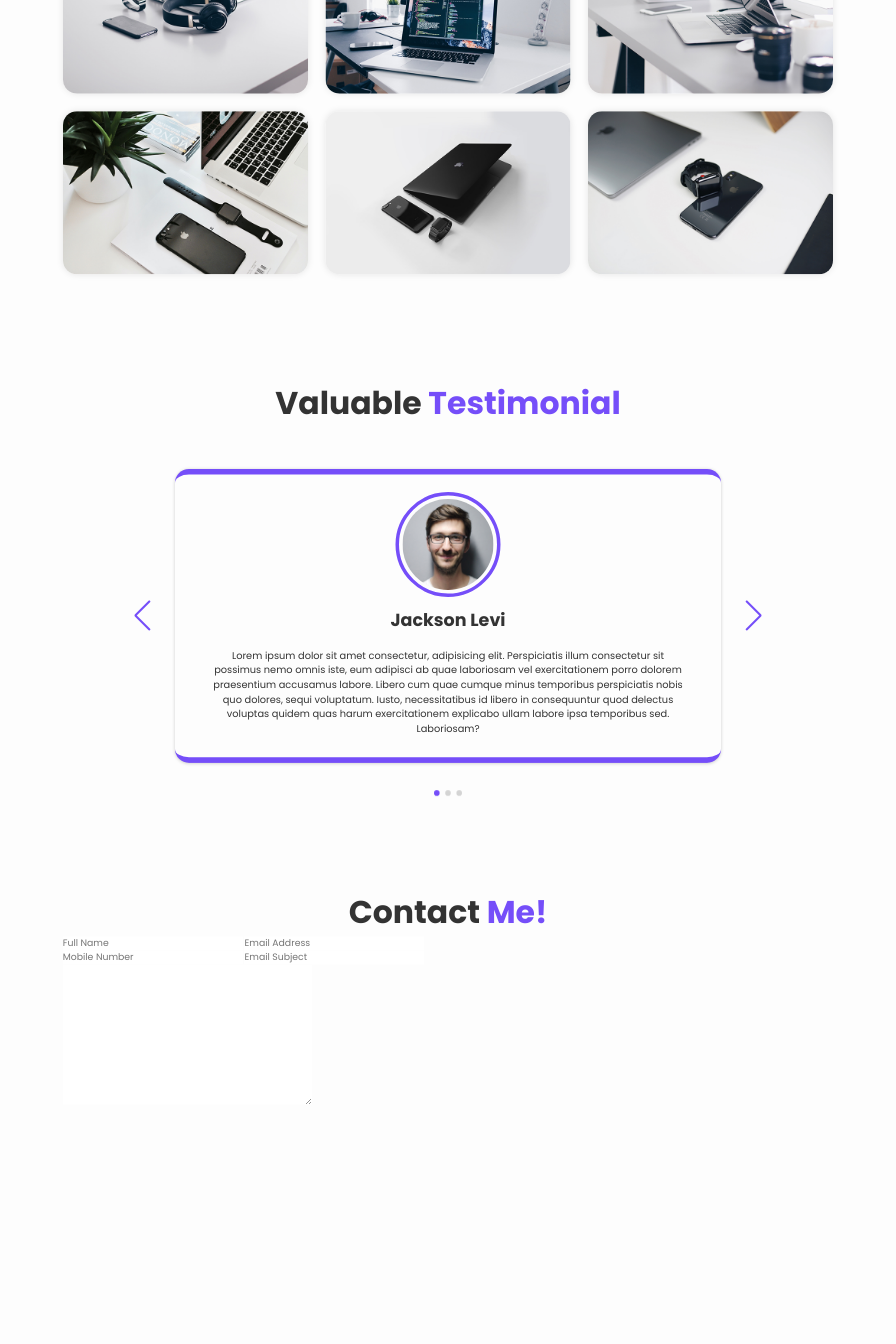
Repository: Gabi-Augusto/Portfolio
Page: index.html
These files come from the project's save history. The page is drawn as it stood at one moment and after the next save; the edit follows.
The browser window is 1280 px wide. The pictures show the part of the page from y = 2417 to 4337 px (the page is 4337 px tall), at 70% of full size.

Above is the page before, as saved 2023-11-29 20:49:00.

### index.html
<!DOCTYPE html>
<html lang="en">

<head>
    <meta charset="UTF-8">
    <meta http-equiv="X-UA-Compatible" content="IE=edge">
    <meta name="viewport" content="width=device-width, initial-scale=1.0">
    <title>Portfolio Website Design | Gabriela Augusto</title>

    <!-- swiper css -->
    <link rel="stylesheet" href="https://cdn.jsdelivr.net/npm/swiper@9/swiper-bundle.min.css" />

    <!-- box icons -->
    <link href='https://unpkg.com/boxicons@2.1.4/css/boxicons.min.css' rel='stylesheet'>

    <!-- custom css -->
    <link rel="stylesheet" href="css/style.css">
</head>

<body>

    <!-- header design -->
    <header class="header">
        <a href="#" class="logo">Portfolio.</a>

        <nav class="navbar">
            <a href="#home" class="active">Home</a>
            <a href="#about">About</a>
            <a href="#services">Services</a>
            <a href="#portfolio">Portfolio</a>
            <a href="#contact">Contact</a>
        </nav>

        <div class="bx bx-moon" id="darkMode-icon"></div>
    </header>

    <!-- home section design -->
    <section class="home" id="home">
        <div class="home-content">
            <h3>Hello, I am</h3>
            <h1>Gabriela Augusto</h1>
            <p>Lorem ipsum, dolor sit amet consectetur adipisicing elit. Veritatis sequi amet numquam sunt eius quae deleniti dolore voluptatum.</p>

            <div class="social-media">
                <a href="#"><i class='bx bxl-instagram-alt'></i></a>
                <a href="#"><i class='bx bxl-linkedin' ></i></a>
                <a href="#"><i class='bx bxl-github' ></i></a>
            </div>

            <a href="#" class="btn">Download CV</a>
        </div>

        <div class="profession-container">
            <div class="profession-box">
                <div class="profession" style="--i:0;">
                    <i class='bx bx-cloud'></i>
                    <h3>Salesforce Developer</h3>
                </div>
                <div class="profession" style="--i:1;">
                    <i class='bx bx-bulb'></i>
                    <h3>Business Analyst</h3>
                </div>
                <div class="profession" style="--i:2;">
                    <i class='bx bx-palette'></i>
                    <h3>Web Designer</h3>
                </div>
                <div class="profession" style="--i:3;">
                    <i class='bx bx-code-alt' ></i>
                    <h3>FullStack Developer</h3>
                </div>
                <div class="circle"></div>
            </div>
            <div class="overlay"></div>
        </div>
        <div class="home-img">
            <img src="imagens/home.png" alt="">
        </div>
    </section>

    <!-- about section design -->

    <section class="about" id="about">
        <div class="about-img">
            <img src="imagens/about.png" alt="">
        </div>

        <div class="about-content">
            <h2 class="heading">About <span>Me</span></h2>
            <h3>Hi, I'm Here To Help Your Next Project!</h3>
            <p>Lorem ipsum dolor sit, amet consectetur adipisicing elit. Consequatur laudantium reiciendis voluptates maxime optio cumque accusantium sunt temporibus cupiditate! Sed mollitia id doloribus nesciunt odit harum, praesentium aliquid. Soluta, harum est eveniet quos provident veritatis eaque ullam voluptate laudantium deleniti?</p>
            <a href="#" class="btn">Read More</a>
        </div>
    </section>

    <!-- services section design -->

    <section class="services" id="services">
        <h2 class="heading">My <span>Services</span></h2>

        <div class="services-container">
            <div class="services-box">
                <i class='bx bx-code-alt' ></i>
                <h3>Salesforce Development</h3>
                <p>Lorem ipsum dolor sit amet consectetur adipisicing elit. Corrupti quidem blanditiis error dignissimos. Quos eligendi totam quod nesciunt modi harum incidunt accusamus.</p>
                <a href="#" class="btn">Read More</a>
            </div>
            <div class="services-box">
                <i class='bx bxs-paint'></i>
                <h3>Graphic Design</h3>
                <p>Lorem ipsum dolor sit amet consectetur adipisicing elit. Corrupti quidem blanditiis error dignissimos. Quos eligendi totam quod nesciunt modi harum incidunt accusamus.</p>
                <a href="#" class="btn">Read More</a>
            </div>
            <div class="services-box">
                <i class='bx bx-bar-chart-alt'></i>
                <h3>Digital Marketing</h3>
                <p>Lorem ipsum dolor sit amet consectetur adipisicing elit. Corrupti quidem blanditiis error dignissimos. Quos eligendi totam quod nesciunt modi harum incidunt accusamus.</p>
                <a href="#" class="btn">Read More</a>
            </div>
        </div>
    </section>

    <!-- portfolio section design -->

    <section class="portfolio" id="portfolio">
        <h2 class="heading">Latest <span>Project</span></h2>

        <div class="portfolio-container">
            <div class="portfolio-box">
                <img src="imagens/portfolio1.jpg" alt="">

                <div class="portfolio-layer">
                    <h4>Web Desing</h4>
                    <p>Lorem ipsum dolor sit amet consectetur adipisicing elit. Asperiores, ut possimus!</p>
                    <a href="#"><i class='bx bx-link-external' ></i></a>
                </div>
            </div>

            <div class="portfolio-box">
                <img src="imagens/portfolio2.jpg" alt="">

                <div class="portfolio-layer">
                    <h4>Web Desing</h4>
                    <p>Lorem ipsum dolor sit amet consectetur adipisicing elit. Asperiores, ut possimus!</p>
                    <a href="#"><i class='bx bx-link-external' ></i></a>
                </div>
            </div>

            <div class="portfolio-box">
                <img src="imagens/portfolio3.jpg" alt="">

                <div class="portfolio-layer">
                    <h4>Web Desing</h4>
                    <p>Lorem ipsum dolor sit amet consectetur adipisicing elit. Asperiores, ut possimus!</p>
                    <a href="#"><i class='bx bx-link-external' ></i></a>
                </div>
            </div>

            <div class="portfolio-box">
                <img src="imagens/portfolio4.jpg" alt="">

                <div class="portfolio-layer">
                    <h4>Web Desing</h4>
                    <p>Lorem ipsum dolor sit amet consectetur adipisicing elit. Asperiores, ut possimus!</p>
                    <a href="#"><i class='bx bx-link-external' ></i></a>
                </div>
            </div>

            <div class="portfolio-box">
                <img src="imagens/portfolio5.jpg" alt="">

                <div class="portfolio-layer">
                    <h4>Web Desing</h4>
                    <p>Lorem ipsum dolor sit amet consectetur adipisicing elit. Asperiores, ut possimus!</p>
                    <a href="#"><i class='bx bx-link-external' ></i></a>
                </div>
            </div>

            <div class="portfolio-box">
                <img src="imagens/portfolio6.jpg" alt="">

                <div class="portfolio-layer">
                    <h4>Web Desing</h4>
                    <p>Lorem ipsum dolor sit amet consectetur adipisicing elit. Asperiores, ut possimus!</p>
                    <a href="#"><i class='bx bx-link-external' ></i></a>
                </div>
            </div>

        </div>
    </section>

    <!-- testimonial design -->

    <div class="testimonial-container">
        <h2 class="heading">Valuable <span>Testimonial</span></h2>

        <div class="testimonial-wrapper">
            <div class="testimonial-box mySwiper">
                <div class="testimonial-content swiper-wrapper">
                    <div class="testimonial-slide swiper-slide">
                        <img src="imagens/testimonial1.jpg" alt="">
                        <h3>Jackson Levi</h3>
                        <p>Lorem ipsum dolor sit amet consectetur, adipisicing elit. Perspiciatis illum consectetur sit possimus nemo omnis iste, eum adipisci ab quae laboriosam vel exercitationem porro dolorem praesentium accusamus labore. Libero cum quae cumque minus temporibus perspiciatis nobis quo dolores, sequi voluptatum. Iusto, necessitatibus id libero in consequuntur quod delectus voluptas quidem quas harum exercitationem explicabo ullam labore ipsa temporibus sed. Laboriosam?</p>
                    </div>

                    <div class="testimonial-slide swiper-slide">
                        <img src="imagens/testimonial2.jpg" alt="">
                        <h3>Flora Ocean</h3>
                        <p>Lorem ipsum dolor sit amet consectetur, adipisicing elit. Perspiciatis illum consectetur sit possimus nemo omnis iste, eum adipisci ab quae laboriosam vel exercitationem porro dolorem praesentium accusamus labore. Libero cum quae cumque minus temporibus perspiciatis nobis quo dolores, sequi voluptatum. Iusto, necessitatibus id libero in consequuntur quod delectus voluptas quidem quas harum exercitationem explicabo ullam labore ipsa temporibus sed. Laboriosam?</p>
                    </div>

                    <div class="testimonial-slide swiper-slide">
                        <img src="imagens/testimonial3.jpg" alt="">
                        <h3>Julian Grayson</h3>
                        <p>Lorem ipsum dolor sit amet consectetur, adipisicing elit. Perspiciatis illum consectetur sit possimus nemo omnis iste, eum adipisci ab quae laboriosam vel exercitationem porro dolorem praesentium accusamus labore. Libero cum quae cumque minus temporibus perspiciatis nobis quo dolores, sequi voluptatum. Iusto, necessitatibus id libero in consequuntur quod delectus voluptas quidem quas harum exercitationem explicabo ullam labore ipsa temporibus sed. Laboriosam?</p>
                    </div>
                </div>

                <div class="swiper-button-next"></div>
                <div class="swiper-button-prev"></div>
                <div class="swiper-pagination"></div>

            </div>
        </div>
    </div>

    <!-- contact section design -->

    <section class="contact" id="contact">
        <h2 class="heading">Contact <span>Me!</span></h2>

        <form action="#">

            <div class="input-box">
                <input type="text" placeholder="Full Name">
                <input type="email" placeholder="Email Address">
            </div>

            <div class="input-box">
                <input type="number" placeholder="Mobile Number">
                <input type="text" placeholder="Email Subject">
            </div>
            <textarea name="" id="" cols="30" rows="10"></textarea>
        </form>
    </section>

    <!-- footer design -->


    <!-- scroll reveal -->
    <script src="https://unpkg.com/scrollreveal"></script>

    <!-- swiper js -->
    <script src="https://cdn.jsdelivr.net/npm/swiper@9/swiper-bundle.min.js"></script>

    <!-- custom js -->
    <script src="js/script.js"></script>
</body>

</html>

### css/style.css
@import url('https://fonts.googleapis.com/css2?family=Poppins:wght@300;400;500;600;700;800;900&display=swap');

* {
    margin: 0;
    padding: 0;
    box-sizing: border-box;
    text-decoration: none;
    border: none;
    outline: none;
    scroll-behavior: smooth;
    font-family: 'Poppins', sans-serif;
}

:root {
    --bg-color: #fdfdfd;
    --text-color: #333;
    --main-color: #754ef9;
    --white-color: #fdfdfd;
    --shadow-color: rgba(0, 0, 0, .2);
}

html {
    font-size: 62.5%;
    overflow-x: hidden;
}

body {
    background: var(--bg-color);
    color: var(--text-color);
}

.header {
    position: fixed;
    top: 0;
    left: 0;
    width: 100%;
    padding: 2rem 7%;
    background: transparent;
    display: flex;
    align-items: center;
    z-index: 100;
    transition: .5s;
}

.header.sticky {
    background: var(--bg-color);
    box-shadow: 0 .1rem 1rem var(--shadow-color);
}

.logo {
    font-size: 2.5rem;
    color: var(--main-color);
    font-weight: 600;
    cursor: default;
    margin-right: auto;
}

.navbar a {
    position: relative;
    font-size: 1.7rem;
    color: var(--white-color);
    font-weight: 500;
    margin-right: 3.5rem;
}

.header.sticky .navbar a {
    color: var(--text-color);
}

.header.sticky .navbar a.active {
    color: var(--main-color);
}

.navbar a.active::before{
    content: '';
    position: absolute;
    left: 0;
    bottom: -6px;
    width: 100%;
    height: .2rem;
    background: var(--white-color);
}

.header.sticky .navbar a::before {
    background: var(--main-color);
    opacity: .7;
}

#darkMode-icon {
    font-size: 2.4rem;
    color: var(--white-color);
    cursor: pointer;
}

.header.sticky #darkMode-icon{
    color: var(--text-color);
    opacity: .9;
}

section {
    min-height: 100vh;
    padding: 7rem 7% 2rem;
}

.home {
    display: flex;
    align-items: center;
}

.home .home-content {
    max-width: 44rem;
}

.home-content h3 {
    font-size: 3.2rem;
    font-weight: 700;
    line-height: .3;
}

.home-content h1 {
    font-size: 4.8rem;
    font-weight: 700;
    margin-bottom: .3rem;
}

.home-content p {
    font-size: 1.6rem;
}

.home-content .social-media a {
    display: inline-flex;
    justify-content: center;
    align-items: center;
    width: 4rem;
    height: 4rem;
    background: transparent;
    border: .2rem solid var(--main-color);
    border-radius: 50%;
    box-shadow: 0 .2rem .5rem  var(--shadow-color);
    font-size: 2rem;
    color: var(--main-color);
    margin: 2.5rem 1.5rem 3rem 0;
    transition: .5s ease;
}

.home-content .social-media a:hover {
    background: var(--main-color);
    color: var(--white-color);
}

.btn {
    display: inline-block;
    padding: 1.2rem 2.8rem;
    background: var(--main-color);
    border-radius: .6rem;
    box-shadow: 0 .2rem .5rem var(--shadow-color);
    font-size: 1.2rem;
    color: var(--white-color);
    letter-spacing: .1rem;
    font-weight: 600;
    border: .2rem solid transparent;
    transition: .5s ease;
}

.btn:hover {
    background: transparent;
    color: var(--main-color);
    border-color: var(--main-color);
}

.home .profession-container {
    position: absolute;
    top: 48%;
    right: 30px;
    transform: translateY(-50%);
    width: 680px;
    height: 680px;
    overflow: hidden;
    pointer-events: none;
}

.home .profession-container .profession-box {
    position: absolute;
    top: 0;
    right: 0;
    width: 680px;
    height: 680px;
    border-radius: 50%;
    display: flex;
    justify-content: center;
    align-items: center;
}

.home .profession-box .profession {
    position: absolute;
    left: 0;
    display: flex;
    align-items: center;
    flex-direction: column;
    color: var(--main-color);
    transform: rotate(calc(360deg / 4 * var(--i)));
    transform-origin: 340px;
    background: var(--bg-color);
    padding: 13px 0;
}

.home .profession-box .profession:nth-child(1) i {
    margin-right: 15px;
}

.home .profession-box .profession:nth-child(2),
.home .profession-box .profession:nth-child(4) {
    padding-bottom: 20px;
}

.home .profession i {
    font-size: 3.8rem;
}

.home .profession h3 {
    font-size: 2.4rem;
    line-height: 1;
    font-weight: 600;
}

.home .profession-box .circle {
    width: 520px;
    height: 520px;
    border: 3px solid var(--main-color);
    border-radius: 50%;
}

.home .profession-container .overlay {
    position: absolute;
    top: 0;
    right: 0;
    width: 0;
    height: 0;
    border-top: 340px solid var(--main-color);
    border-right: 340px solid var(--main-color);
    border-bottom: 340px solid var(--main-color);
    border-left: 340px solid transparent;
}

.home-img img {
    position: absolute;
    bottom: 0;
    top: 83px;
    right: 70px;
    width: 29%;
    pointer-events: none;
}

span {
    color: var(--main-color);
}

.about {
    display: flex;
    justify-content: center;
    align-items: center;
    gap: 6rem;
}

.about-img img {
    width: 40vw;
}

.heading {
    font-size: 4.5rem;
    text-align: center;
}

.about-content h2 {
    text-align: left;
    line-height: 1.2;
}

.about-content h3 {
    font-size: 2rem;
}

.about-content p {
    font-size: 1.6rem;
    margin: 2rem 0 3rem;
}

.services {
    min-height: auto;
    padding-bottom: 7rem;
}

.services h2 {
    margin-bottom: 5rem;
}

.services .services-container {
    display: flex;
    justify-content: center;
    align-items: center;
    flex-wrap: wrap;
    gap: 2rem;
}

.services-container .services-box {
    flex: 1 1 30rem;
    background: var(--bg-color);
    padding: 3rem 2rem 4rem;
    border-radius: 2rem;
    box-shadow: 0 .1rem .5rem var(--shadow-color);
    text-align: center;
    border-top: .6rem solid var(--main-color);
    border-bottom: .6rem solid var(--main-color);
    transition: .5s ease;
}

.services-container .services-box:hover {
    box-shadow: 0 .1rem 2rem var(--shadow-color);
    transform: scale(1.02);
}

.services-box i {
    font-size: 7rem;
    color: var(--main-color);
}

.services-box h3 {
    font-size: 2.6rem;
    transition: .5s ease;
}

.services-box:hover h3 {
    color: var(--main-color);
}

.services-box p {
    font-size: 1.6rem;
    margin: 1rem 0 3rem;
}

.portfolio {
    padding-bottom: 10rem;
}

.portfolio h2 {
    margin-bottom: 4rem;
}

.portfolio .portfolio-container {
    display: grid;
    grid-template-columns: repeat(3, 1fr);
    align-items: center;
    gap: 2.5rem;
}

.portfolio-container .portfolio-box{
    position: relative;
    display: flex;
    border-radius: 2rem;
    box-shadow: 0 0 1rem rgba(0, 0, 0, .1);
    overflow: hidden;
}

.portfolio-box img {
    width: 100%;
    transition: .5s ease;
}

.portfolio-box:hover img {
    transform: scale(1.1);
}

.portfolio-box .portfolio-layer {
    position: absolute;
    bottom: 0;
    left: 0;
    width: 100%;
    height: 100%;
    background: linear-gradient(rgba(0, 0, 0, .1), var(--main-color));
    color: var(--white-color);
    display: flex;
    justify-content: center;
    align-items: center;
    flex-direction: column;
    text-align: center;
    padding: 0 4rem;
    opacity: 0;
    transition: .5s ease;
}

.portfolio-box:hover .portfolio-layer {
    opacity: 1;
}

.portfolio-layer h4 {
    font-size: 3rem;
}

.portfolio-layer p {
    font-size: 1.6rem;
    margin: .3rem 0 1rem;
}

.portfolio-layer a {
    display: inline-flex;
    justify-content: center;
    align-items: center;
    width: 5rem;
    height: 5rem;
    background: var(--white-color);
    border-radius: 50%;
}

.portfolio-layer a i {
    font-size: 2rem;
    color: #333;
}

.testimonial-container {
    display: flex;
    align-items: center;
    flex-direction: column;
    width: 100%;
    padding: 5rem 1rem;
}

.testimonial-container .testimonial-wrapper {
    position: relative;
    max-width: 90rem;
    width: 100%;
    padding: 5rem;
}

.testimonial-wrapper .testimonial-box {
    padding: 1rem;
    border-radius: 2rem;
    overflow: hidden;
}

.testimonial-content .testimonial-slide {
    display: flex;
    align-items: center;
    flex-direction: column;
    background: var(--bg-color);
    border-radius: 2rem;
    box-shadow: 0 .1rem .5rem var(--shadow-color);
    padding: 3rem 5rem;
    border-top: .8rem solid var(--main-color);
    border-bottom: .8rem solid var(--main-color);
}

.testimonial-slide img {
    width: 14rem;
    height: 14rem;
    object-fit: cover;
    border-radius: 50%;
    border: .5rem solid var(--bg-color);
    outline: .5rem solid var(--main-color);
}

.testimonial-slide h3 {
    font-size: 2.5rem;
    margin: 2rem 0;
}

.testimonial-slide p {
    font-size: 1.4rem;
    text-align: center;
}

.testimonial-box .swiper-button-next,
.testimonial-box .swiper-button-prev {
    color: var(--main-color);
}

.testimonial-box .swiper-button-next {
    right: 0;
}

.testimonial-box .swiper-button-prev {
    left: 0;
}

.testimonial-box .swiper-pagination-bullet {
    background: rgba(0, 0, 0, .8);
}

.testimonial-box .swiper-pagination-bullet-active {
    background: var(--main-color);
}

### js/script.js
/*========== menu icon navbar ==========*/
let menuIcon = document.querySelector('#menu-icon');
let navbar = document.querySelector('.navbar');


/*========== scroll sections active link ==========*/
let sections = document.querySelectorAll('section');
let navLinks = document.querySelectorAll('header nav a');

window.onscroll = () => {
    /*========== sticky navbar ==========*/
    let header = document.querySelector('.header');

    header.classList.toggle('sticky', window.scrollY > 100);
    /*========== remove menu icon navbar when click navbar link (scroll) ==========*/
};


/*========== swiper ==========*/

var swiper = new Swiper(".mySwiper", {
    slidesPerView: 1,
    spaceBetween: 50,
    loop: true,
    grabCursor: true,
    pagination: {
      el: ".swiper-pagination",
      clickable: true,
    },
    navigation: {
      nextEl: ".swiper-button-next",
      prevEl: ".swiper-button-prev",
    },
  });


/*========== dark light mode ==========*/

/*========== scroll reveal ==========*/

After the next save:
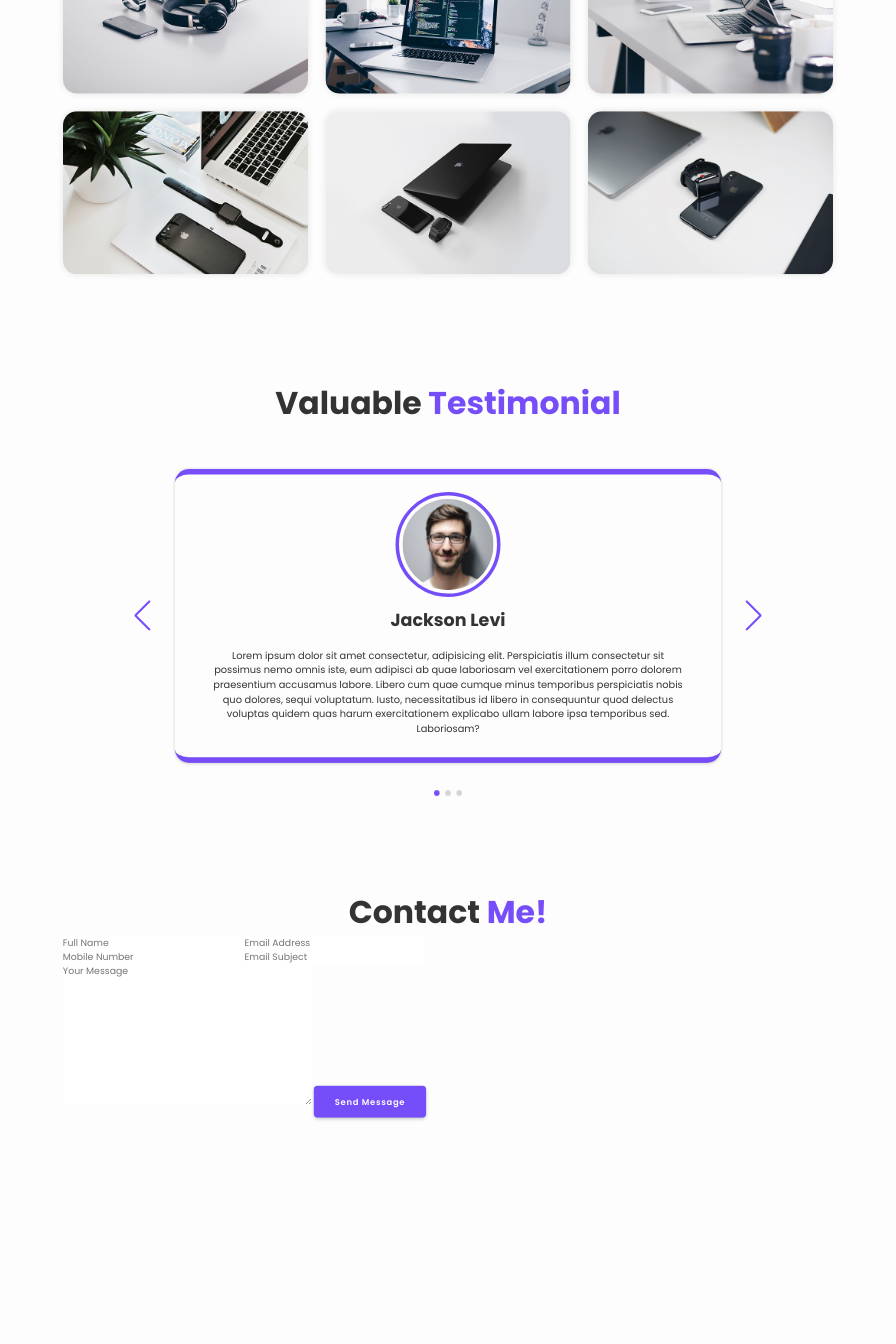
Saved 111 s later.
--- a/index.html
+++ b/index.html
@@ -239,7 +239,8 @@
                 <input type="number" placeholder="Mobile Number">
                 <input type="text" placeholder="Email Subject">
             </div>
-            <textarea name="" id="" cols="30" rows="10"></textarea>
+            <textarea name="" id="" cols="30" rows="10" placeholder="Your Message"></textarea>
+            <input type="submit" value="Send Message" class="btn">
         </form>
     </section>
 
